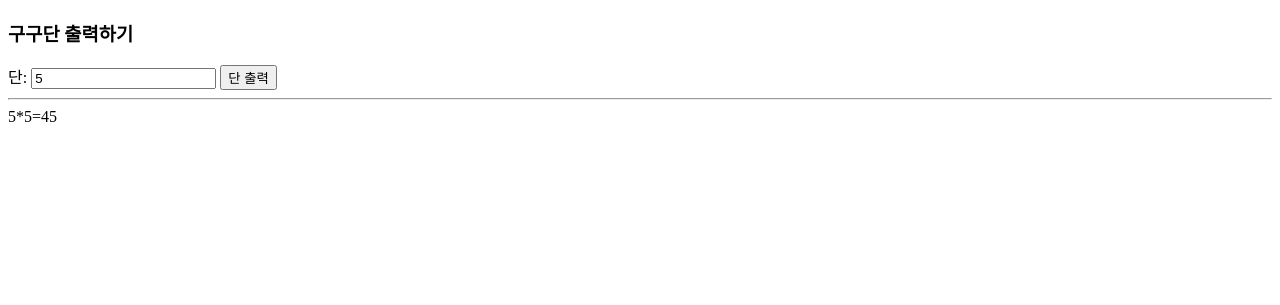
Repository: Jin0207/javaScript
Page: day0103/src/main/webapp/gugudanTest.html
These files come from the project's save history. The page is drawn as it stood at one moment and after the next save; the edit follows.
The browser window is 1280 px wide. The pictures show the whole page.
Empty fields were first filled with sample values (such as "Sample", 5 or name@example.com).
After loading, the first visible `button` was clicked once.

Above is the page before, as saved 2022-01-03 07:29:25.

### day0103/src/main/webapp/gugudanTest.html
<!DOCTYPE html>
<html>
<head>
<meta charset="UTF-8">
<title>Insert title here</title>
<script type="text/javascript">
	function gugudan() {

		const dan = document.getElementById("dan").value;
		for(let i = 1; i <= 9; i++){
			data = dan + "*" + dan + "=" + (dan * i);
		}
			document.getElementById("result").innerHTML = data;
	}
</script>
</head>
<body>
	<h3>구구단 출력하기</h3>
	단: <input type="number" id="dan">
	<button onclick="gugudan()">단 출력</button>
	<hr>
	<span id="result"></span>
</body>
</html>

After the next save:
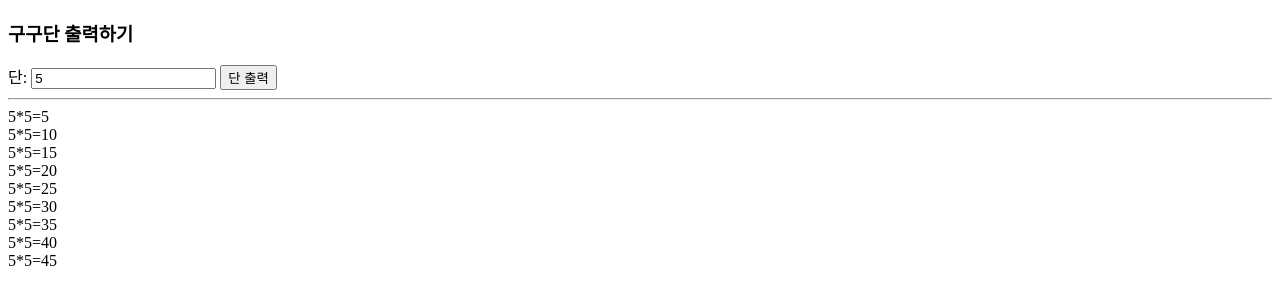
Saved 15 s later.
--- a/day0103/src/main/webapp/gugudanTest.html
+++ b/day0103/src/main/webapp/gugudanTest.html
@@ -7,8 +7,9 @@
 	function gugudan() {
 
 		const dan = document.getElementById("dan").value;
+		let data = "";
 		for(let i = 1; i <= 9; i++){
-			data = dan + "*" + dan + "=" + (dan * i);
+			data += dan + "*" + dan + "=" + (dan * i) + "<br>";
 		}
 			document.getElementById("result").innerHTML = data;
 	}
